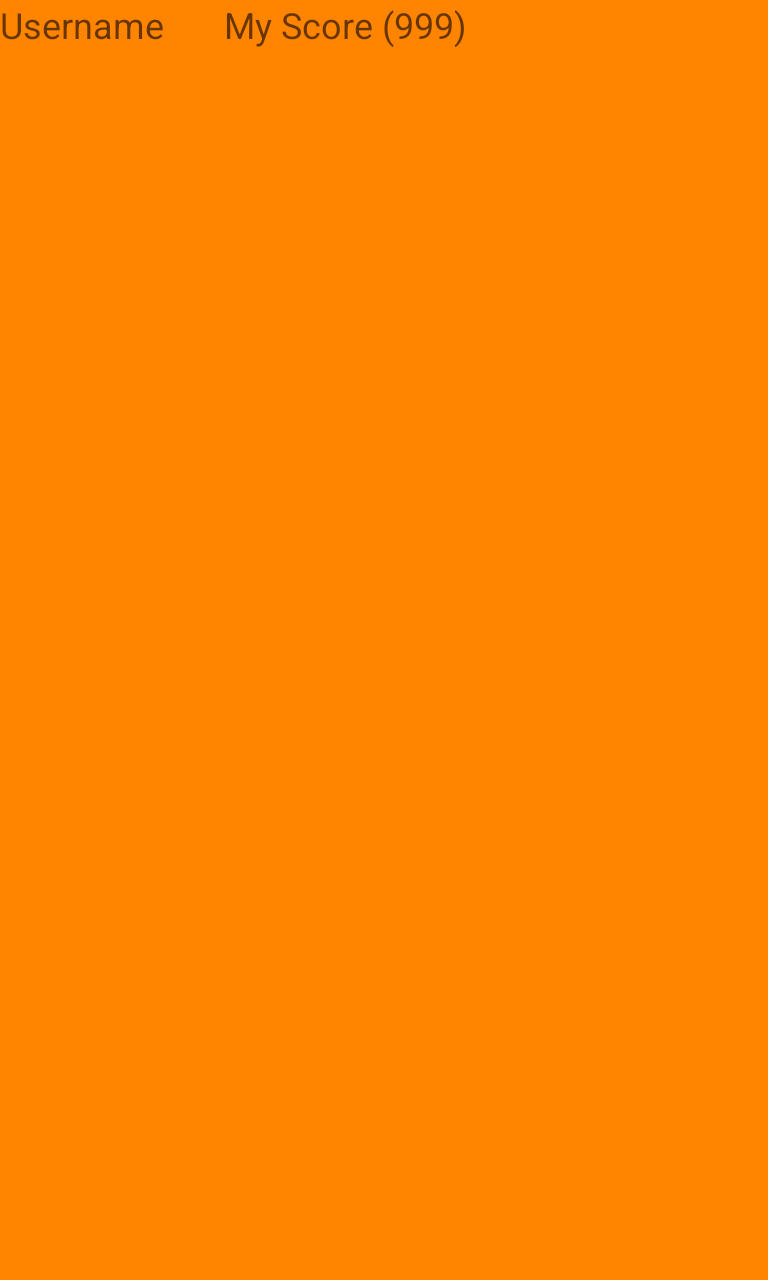
Repository: quantumlicht/android-capstone
Layout: capstone_client/res/layout/fragment_completed_quiz.xml
An editor plug-in stored every save of this project. The layout is shown before and after the next save, followed by the edit.
It is drawn on a 768 x 1280 px phone screen (xhdpi) without system bars, with theme AppTheme; the app's code is not run.

Above is the layout before, as saved 2014-11-06 00:41:08.

After the next save:
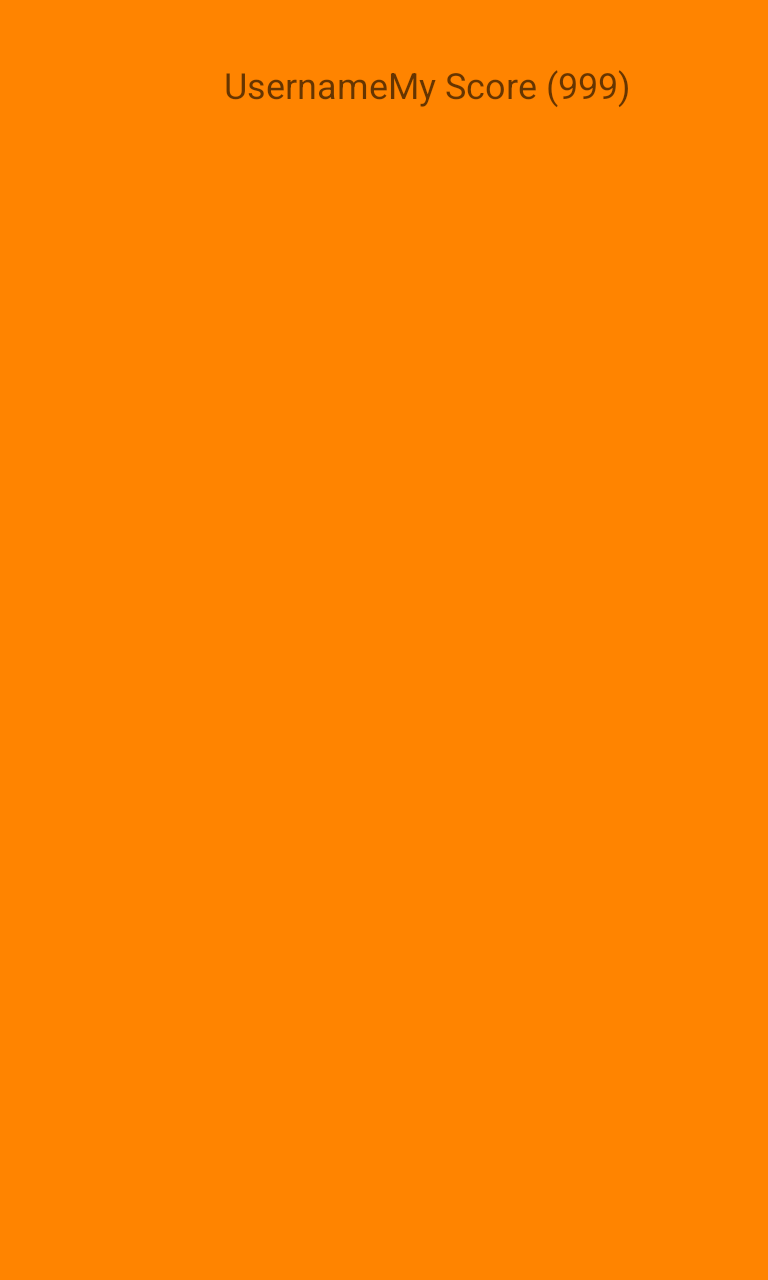
Saved 13 s later.
--- a/capstone_client/res/layout/fragment_completed_quiz.xml
+++ b/capstone_client/res/layout/fragment_completed_quiz.xml
@@ -12,9 +12,8 @@
         android:layout_alignParentLeft="true"
         android:layout_marginLeft="112dp"
         android:layout_marginTop="30dp" >
-    </LinearLayout>
 
-    <TextView
+         <TextView
         android:id="@+id/textView1"
         android:layout_width="wrap_content"
         android:layout_height="wrap_content"
@@ -31,5 +30,8 @@
         android:layout_toRightOf="@+id/linearLayout1"
         android:text="My Score (999)"
         android:textAppearance="?android:attr/textAppearanceMedium" />
+    </LinearLayout>
+
+
 
 </RelativeLayout>
